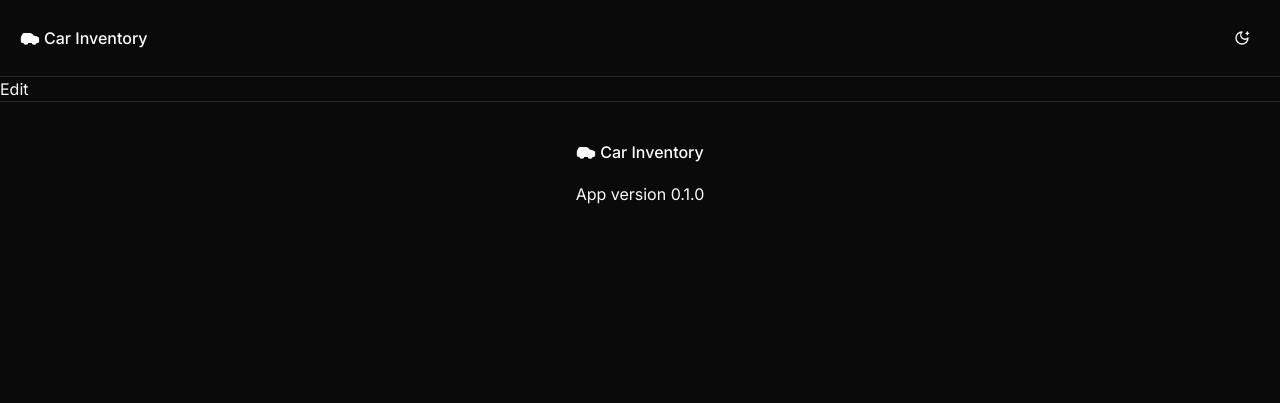
Repository: tushcmd/car-inventory
Page: /edit (app in frontend/)
The author's editor kept a copy of each file at every save. The page is drawn from the files as they stood at one save, then again after the next save.
The browser window is 1280 px wide. The pictures show the whole page.
The project was rebuilt for these pictures with package versions that can differ from the ones it lists, and the page was loaded fresh each time. The framework's server and built-in components were replaced by stand-ins that run in the browser. Also part of the build but not shown: frontend/next.config.mjs.

Above is the page before, as saved 2024-05-12 02:58:11.

### frontend/app/layout.tsx
import type { Metadata } from "next";
import { Inter } from "next/font/google";
import "./globals.css";
import AppProviders from "@/components/providers/AppProviders";
import Navbar from '@/components/shared/Navbar';
import Footer from "@/components/shared/Footer";

const inter = Inter({ subsets: ["latin"] });

export const metadata: Metadata = {
  title: "Car Garage Inventory",
  description: "Nextjs Shadcnui Nodejs Express and MongoDB CRUD",
};

export default function RootLayout({
  children,
}: Readonly<{
  children: React.ReactNode;
}>) {
  return (
    <html lang="en" suppressHydrationWarning>
      <body className={inter.className}>
        <AppProviders>
          <Navbar />
          {children}
          <Footer />
        </AppProviders>
      </body>
    </html>
  );
}

### frontend/app/edit/page.tsx


export default function Edit() {
    return (
        <div>Edit</div>
    )
}

### frontend/app/globals.css
@tailwind base;
@tailwind components;
@tailwind utilities;

@layer base {
  :root {
    --background: 0 0% 100%;
    --foreground: 0 0% 3.9%;

    --card: 0 0% 100%;
    --card-foreground: 0 0% 3.9%;

    --popover: 0 0% 100%;
    --popover-foreground: 0 0% 3.9%;

    --primary: 0 0% 9%;
    --primary-foreground: 0 0% 98%;

    --secondary: 0 0% 96.1%;
    --secondary-foreground: 0 0% 9%;

    --muted: 0 0% 96.1%;
    --muted-foreground: 0 0% 45.1%;

    --accent: 0 0% 96.1%;
    --accent-foreground: 0 0% 9%;

    --destructive: 0 84.2% 60.2%;
    --destructive-foreground: 0 0% 98%;

    --border: 0 0% 89.8%;
    --input: 0 0% 89.8%;
    --ring: 0 0% 3.9%;

    --radius: 0.5rem;
  }

  .dark {
    --background: 0 0% 3.9%;
    --foreground: 0 0% 98%;

    --card: 0 0% 3.9%;
    --card-foreground: 0 0% 98%;

    --popover: 0 0% 3.9%;
    --popover-foreground: 0 0% 98%;

    --primary: 0 0% 98%;
    --primary-foreground: 0 0% 9%;

    --secondary: 0 0% 14.9%;
    --secondary-foreground: 0 0% 98%;

    --muted: 0 0% 14.9%;
    --muted-foreground: 0 0% 63.9%;

    --accent: 0 0% 14.9%;
    --accent-foreground: 0 0% 98%;

    --destructive: 0 62.8% 30.6%;
    --destructive-foreground: 0 0% 98%;

    --border: 0 0% 14.9%;
    --input: 0 0% 14.9%;
    --ring: 0 0% 83.1%;
  }
}

@layer base {
  * {
    @apply border-border;
  }
  body {
    @apply bg-background text-foreground;
  }
}


@layer components {

  /* FONT SIZES */
  .h1 {
		@apply text-5xl lg:text-6xl font-bold;
	}
	.h2 {
		@apply sm:text-3xl text-4xl font-bold;
	}
	.h3 {
		@apply text-2xl font-medium;
	}
	.h4 {
		@apply text-xl sm:text-lg font-normal;
	}

  /* LAYOUTS  */
	.layout-container {
		@apply container mx-auto px-5;
	}

	.page-container {
		@apply container py-20 flex flex-col gap-16 max-w-7xl;
	}
}

### frontend/components/providers/AppProviders.tsx
'use client';

import { ThemeProvider } from 'next-themes';
import { FC, ReactNode } from 'react';

interface AppProvidersProps {
  children: ReactNode;
}


const AppProviders: FC<AppProvidersProps> = ({ children }) => {
  return (
    <>
      <ThemeProvider attribute="class" disableTransitionOnChange defaultTheme="dark" enableSystem>
        {children}

      </ThemeProvider>
    </>
  );
};

export default AppProviders;

### frontend/components/shared/Navbar.tsx
import React, { FC } from 'react';
import ThemeSwitcherButton from '../ui/ThemeSwitcher';
import Logo from './Logo';

const Navbar: FC = () => {
  return (
    <nav className="border-b py-5">
      <div className="layout-container flex justify-between items-center max-w-7xl">
        <Logo />
        <ThemeSwitcherButton />
      </div>
    </nav>
  );
};

export default Navbar;

### frontend/components/shared/Footer.tsx
import React, { FC } from 'react'
import Logo from './Logo'

const Footer: FC = () => {
  return (
    <footer className='border-t'>
        <div className='layout-container flex flex-col gap-5 items-center  justify-center py-10'>
            <Logo />
            <p>App version 0.1.0</p>
        </div>

    </footer>
  )
}

export default Footer

### frontend/components/ui/ThemeSwitcher.tsx
"use client";

import { useTheme } from "next-themes";
import React, { FC, useEffect, useState } from "react";
import { SunIcon,  Laptop, MoonStarIcon } from "lucide-react";
import {
	DropdownMenu,
	DropdownMenuContent,
	DropdownMenuItem,
	DropdownMenuTrigger,
} from "./dropdown-menu";
import { Button } from "./button";

const themes = [
	{
		value: "light",
		label: "Light",
		icon: SunIcon,
	},
	{
		value: "dark",
		label: "Dark",
		icon: MoonStarIcon,
	},
	{
		value: "system",
		label: "System",
		icon: Laptop,
	},
];

const ThemeSwitcher: FC = () => {
  const [mounted, setMounted] = useState(false)
	const { theme, setTheme } = useTheme();
	const currentTheme = themes.find((t) => t.value === theme);
	const ThemeIcon = currentTheme?.icon

  useEffect(() => {
    setMounted(true)
  }, [])

	return mounted && (
		<div className="flex">
			<DropdownMenu  >
				<DropdownMenuTrigger asChild>
					<Button variant="ghost" size={"icon"}>{!!ThemeIcon && <ThemeIcon className="w-4 h-4"/>}</Button>
				</DropdownMenuTrigger>
				<DropdownMenuContent>
					{themes.map(({value, label}) => <DropdownMenuItem role="button" onClick={() => setTheme(value)} key={value}>{label}</DropdownMenuItem>)}
				</DropdownMenuContent>
			</DropdownMenu>
		</div>
	);
};

export default ThemeSwitcher;

### frontend/components/shared/Logo.tsx

import { Car } from "lucide-react";
import Link from "next/link";
import React, { FC } from "react";

const Logo: FC = () => {
	return (
		<Link href='/' className="flex items-center gap-1 component-focus rounded-md">
			<Car   className="w-5 h-5 fill-current" />
			<h1 className="inline-flex flex-col gap-0 leading-none font-medium">
				<p>Car Inventory</p>
			</h1>
		</Link>
	);
};

export default Logo;

### frontend/components/ui/dropdown-menu.tsx
"use client"

import * as React from "react"
import * as DropdownMenuPrimitive from "@radix-ui/react-dropdown-menu"
import {
  CheckIcon,
  ChevronRightIcon,
  DotFilledIcon,
} from "@radix-ui/react-icons"

import { cn } from "@/lib/utils"

const DropdownMenu = DropdownMenuPrimitive.Root

const DropdownMenuTrigger = DropdownMenuPrimitive.Trigger

const DropdownMenuGroup = DropdownMenuPrimitive.Group

const DropdownMenuPortal = DropdownMenuPrimitive.Portal

const DropdownMenuSub = DropdownMenuPrimitive.Sub

const DropdownMenuRadioGroup = DropdownMenuPrimitive.RadioGroup

const DropdownMenuSubTrigger = React.forwardRef<
  React.ElementRef<typeof DropdownMenuPrimitive.SubTrigger>,
  React.ComponentPropsWithoutRef<typeof DropdownMenuPrimitive.SubTrigger> & {
    inset?: boolean
  }
>(({ className, inset, children, ...props }, ref) => (
  <DropdownMenuPrimitive.SubTrigger
    ref={ref}
    className={cn(
      "flex cursor-default select-none items-center rounded-sm px-2 py-1.5 text-sm outline-none focus:bg-accent data-[state=open]:bg-accent",
      inset && "pl-8",
      className
    )}
    {...props}
  >
    {children}
    <ChevronRightIcon className="ml-auto h-4 w-4" />
  </DropdownMenuPrimitive.SubTrigger>
))
DropdownMenuSubTrigger.displayName =
  DropdownMenuPrimitive.SubTrigger.displayName

const DropdownMenuSubContent = React.forwardRef<
  React.ElementRef<typeof DropdownMenuPrimitive.SubContent>,
  React.ComponentPropsWithoutRef<typeof DropdownMenuPrimitive.SubContent>
>(({ className, ...props }, ref) => (
  <DropdownMenuPrimitive.SubContent
    ref={ref}
    className={cn(
      "z-50 min-w-[8rem] overflow-hidden rounded-md border bg-popover p-1 text-popover-foreground shadow-lg data-[state=open]:animate-in data-[state=closed]:animate-out data-[state=closed]:fade-out-0 data-[state=open]:fade-in-0 data-[state=closed]:zoom-out-95 data-[state=open]:zoom-in-95 data-[side=bottom]:slide-in-from-top-2 data-[side=left]:slide-in-from-right-2 data-[side=right]:slide-in-from-left-2 data-[side=top]:slide-in-from-bottom-2",
      className
    )}
    {...props}
  />
))
DropdownMenuSubContent.displayName =
  DropdownMenuPrimitive.SubContent.displayName

const DropdownMenuContent = React.forwardRef<
  React.ElementRef<typeof DropdownMenuPrimitive.Content>,
  React.ComponentPropsWithoutRef<typeof DropdownMenuPrimitive.Content>
>(({ className, sideOffset = 4, ...props }, ref) => (
  <DropdownMenuPrimitive.Portal>
    <DropdownMenuPrimitive.Content
      ref={ref}
      sideOffset={sideOffset}
      className={cn(
        "z-50 min-w-[8rem] overflow-hidden rounded-md border bg-popover p-1 text-popover-foreground shadow-md",
        "data-[state=open]:animate-in data-[state=closed]:animate-out data-[state=closed]:fade-out-0 data-[state=open]:fade-in-0 data-[state=closed]:zoom-out-95 data-[state=open]:zoom-in-95 data-[side=bottom]:slide-in-from-top-2 data-[side=left]:slide-in-from-right-2 data-[side=right]:slide-in-from-left-2 data-[side=top]:slide-in-from-bottom-2",
        className
      )}
      {...props}
    />
  </DropdownMenuPrimitive.Portal>
))
DropdownMenuContent.displayName = DropdownMenuPrimitive.Content.displayName

const DropdownMenuItem = React.forwardRef<
  React.ElementRef<typeof DropdownMenuPrimitive.Item>,
  React.ComponentPropsWithoutRef<typeof DropdownMenuPrimitive.Item> & {
    inset?: boolean
  }
>(({ className, inset, ...props }, ref) => (
  <DropdownMenuPrimitive.Item
    ref={ref}
    className={cn(
      "relative flex cursor-default select-none items-center rounded-sm px-2 py-1.5 text-sm outline-none transition-colors focus:bg-accent focus:text-accent-foreground data-[disabled]:pointer-events-none data-[disabled]:opacity-50",
      inset && "pl-8",
      className
    )}
    {...props}
  />
))
DropdownMenuItem.displayName = DropdownMenuPrimitive.Item.displayName

const DropdownMenuCheckboxItem = React.forwardRef<
  React.ElementRef<typeof DropdownMenuPrimitive.CheckboxItem>,
  React.ComponentPropsWithoutRef<typeof DropdownMenuPrimitive.CheckboxItem>
>(({ className, children, checked, ...props }, ref) => (
  <DropdownMenuPrimitive.CheckboxItem
    ref={ref}
    className={cn(
      "relative flex cursor-default select-none items-center rounded-sm py-1.5 pl-8 pr-2 text-sm outline-none transition-colors focus:bg-accent focus:text-accent-foreground data-[disabled]:pointer-events-none data-[disabled]:opacity-50",
      className
    )}
    checked={checked}
    {...props}
  >
    <span className="absolute left-2 flex h-3.5 w-3.5 items-center justify-center">
      <DropdownMenuPrimitive.ItemIndicator>
        <CheckIcon className="h-4 w-4" />
      </DropdownMenuPrimitive.ItemIndicator>
    </span>
    {children}
  </DropdownMenuPrimitive.CheckboxItem>
))
DropdownMenuCheckboxItem.displayName =
  DropdownMenuPrimitive.CheckboxItem.displayName

const DropdownMenuRadioItem = React.forwardRef<
  React.ElementRef<typeof DropdownMenuPrimitive.RadioItem>,
  React.ComponentPropsWithoutRef<typeof DropdownMenuPrimitive.RadioItem>
>(({ className, children, ...props }, ref) => (
  <DropdownMenuPrimitive.RadioItem
    ref={ref}
    className={cn(
      "relative flex cursor-default select-none items-center rounded-sm py-1.5 pl-8 pr-2 text-sm outline-none transition-colors focus:bg-accent focus:text-accent-foreground data-[disabled]:pointer-events-none data-[disabled]:opacity-50",
      className
    )}
    {...props}
  >
    <span className="absolute left-2 flex h-3.5 w-3.5 items-center justify-center">
      <DropdownMenuPrimitive.ItemIndicator>
        <DotFilledIcon className="h-4 w-4 fill-current" />
      </DropdownMenuPrimitive.ItemIndicator>
    </span>
    {children}
  </DropdownMenuPrimitive.RadioItem>
))
DropdownMenuRadioItem.displayName = DropdownMenuPrimitive.RadioItem.displayName

const DropdownMenuLabel = React.forwardRef<
  React.ElementRef<typeof DropdownMenuPrimitive.Label>,
  React.ComponentPropsWithoutRef<typeof DropdownMenuPrimitive.Label> & {
    inset?: boolean
  }
>(({ className, inset, ...props }, ref) => (
  <DropdownMenuPrimitive.Label
    ref={ref}
    className={cn(
      "px-2 py-1.5 text-sm font-semibold",
      inset && "pl-8",
      className
    )}
    {...props}
  />
))
DropdownMenuLabel.displayName = DropdownMenuPrimitive.Label.displayName

const DropdownMenuSeparator = React.forwardRef<
  React.ElementRef<typeof DropdownMenuPrimitive.Separator>,
  React.ComponentPropsWithoutRef<typeof DropdownMenuPrimitive.Separator>
>(({ className, ...props }, ref) => (
  <DropdownMenuPrimitive.Separator
    ref={ref}
    className={cn("-mx-1 my-1 h-px bg-muted", className)}
    {...props}
  />
))
DropdownMenuSeparator.displayName = DropdownMenuPrimitive.Separator.displayName

const DropdownMenuShortcut = ({
  className,
  ...props
}: React.HTMLAttributes<HTMLSpanElement>) => {
  return (
    <span
      className={cn("ml-auto text-xs tracking-widest opacity-60", className)}
      {...props}
    />
  )
}
DropdownMenuShortcut.displayName = "DropdownMenuShortcut"

export {
  DropdownMenu,
  DropdownMenuTrigger,
  DropdownMenuContent,
  DropdownMenuItem,
  DropdownMenuCheckboxItem,
  DropdownMenuRadioItem,
  DropdownMenuLabel,
  DropdownMenuSeparator,
  DropdownMenuShortcut,
  DropdownMenuGroup,
  DropdownMenuPortal,
  DropdownMenuSub,
  DropdownMenuSubContent,
  DropdownMenuSubTrigger,
  DropdownMenuRadioGroup,
}

### frontend/components/ui/button.tsx
import * as React from "react"
import { Slot } from "@radix-ui/react-slot"
import { cva, type VariantProps } from "class-variance-authority"

import { cn } from "@/lib/utils"

const buttonVariants = cva(
  "inline-flex items-center justify-center whitespace-nowrap rounded-md text-sm font-medium transition-colors focus-visible:outline-none focus-visible:ring-1 focus-visible:ring-ring disabled:pointer-events-none disabled:opacity-50",
  {
    variants: {
      variant: {
        default:
          "bg-primary text-primary-foreground shadow hover:bg-primary/90",
        destructive:
          "bg-destructive text-destructive-foreground shadow-sm hover:bg-destructive/90",
        outline:
          "border border-input bg-background shadow-sm hover:bg-accent hover:text-accent-foreground",
        secondary:
          "bg-secondary text-secondary-foreground shadow-sm hover:bg-secondary/80",
        ghost: "hover:bg-accent hover:text-accent-foreground",
        link: "text-primary underline-offset-4 hover:underline",
      },
      size: {
        default: "h-9 px-4 py-2",
        sm: "h-8 rounded-md px-3 text-xs",
        lg: "h-10 rounded-md px-8",
        icon: "h-9 w-9",
      },
    },
    defaultVariants: {
      variant: "default",
      size: "default",
    },
  }
)

export interface ButtonProps
  extends React.ButtonHTMLAttributes<HTMLButtonElement>,
    VariantProps<typeof buttonVariants> {
  asChild?: boolean
}

const Button = React.forwardRef<HTMLButtonElement, ButtonProps>(
  ({ className, variant, size, asChild = false, ...props }, ref) => {
    const Comp = asChild ? Slot : "button"
    return (
      <Comp
        className={cn(buttonVariants({ variant, size, className }))}
        ref={ref}
        {...props}
      />
    )
  }
)
Button.displayName = "Button"

export { Button, buttonVariants }

Loaded but not shown: frontend/lib/utils.ts (common file); frontend/tailwind.config.ts (common file)

After the next save:
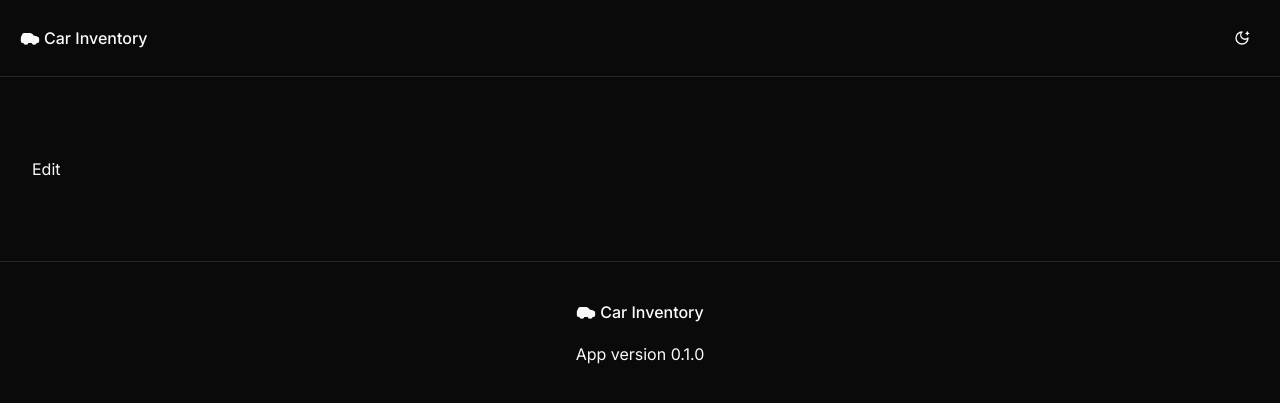
Saved 60 s later.
--- a/frontend/app/edit/page.tsx
+++ b/frontend/app/edit/page.tsx
@@ -2,6 +2,6 @@
 
 export default function Edit() {
     return (
-        <div>Edit</div>
+        <div className="page-container">Edit</div>
     )
 }
